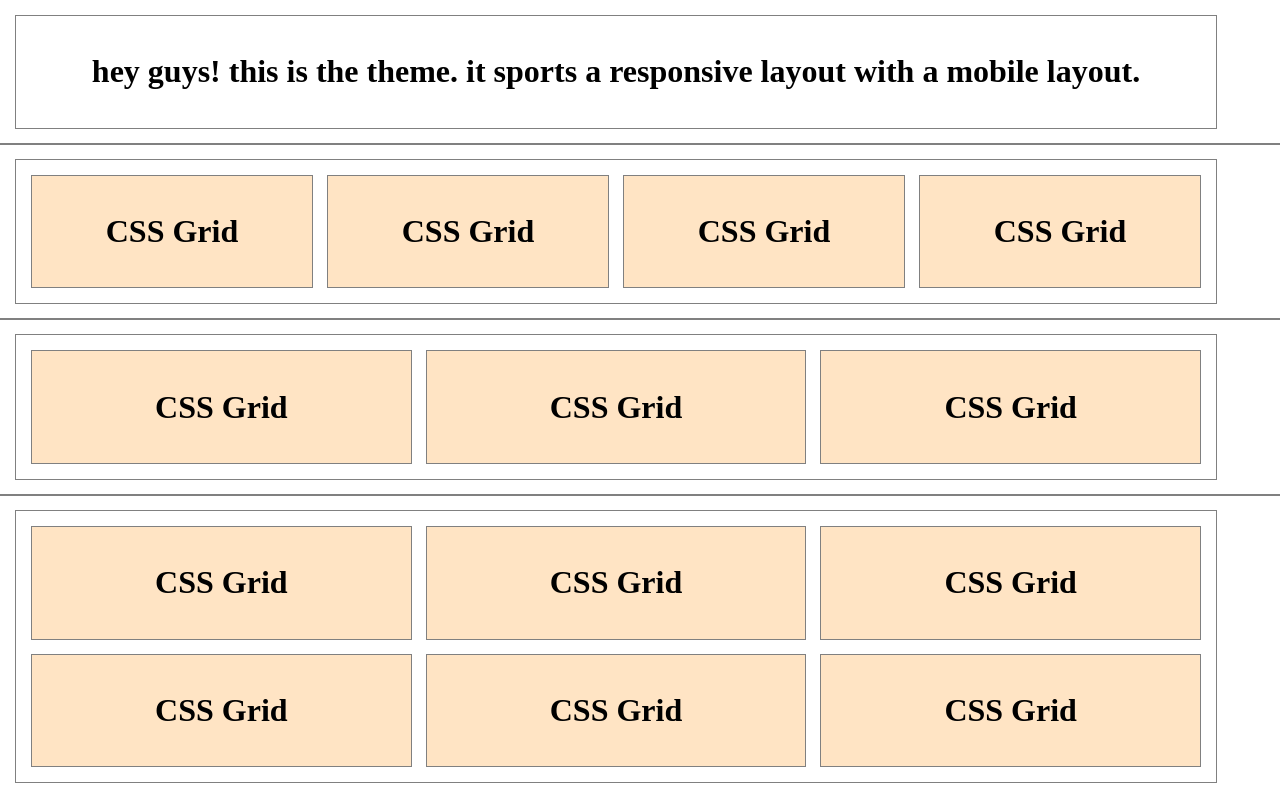
Repository: jjennbui/MDIA2003G-Assignment03B
Page: index.html
The author's editor kept a copy of each file at every save. The page is drawn from the files as they stood at one save, then again after a run of saves.
The browser window is 1280 px wide. The pictures show the whole page.

Above is the page before, as saved 2023-01-24 20:16:51.

### index.html
<!doctype html>
<html class="no-js" lang="">

<head>
  <meta charset="utf-8">
  <title></title>
  <meta name="description" content="">
  <meta name="viewport" content="width=device-width, initial-scale=1">

  <meta property="og:title" content="">
  <meta property="og:type" content="">
  <meta property="og:url" content="">
  <meta property="og:image" content="">

  <link rel="manifest" href="site.webmanifest">
  <link rel="apple-touch-icon" href="icon.png">
  <!-- Place favicon.ico in the root directory -->

  <link rel="stylesheet" href="css/normalize.css">
  <link rel="stylesheet" href="css/main.css">

  <meta name="theme-color" content="#fafafa">
</head>

<body>

  <div class="SECTION-ONE">
    <div class="row">
     <h1>hey guys! this is the theme. it sports a responsive layout with a mobile layout.</h1>
    </div>
  </div>

  <div class="SECTION-TWO">
    <div class="row m-row-2">
      <div class="col">
        <h1>CSS Grid</h1>
      </div>
      <div class="col">
        <h1>CSS Grid</h1>
      </div>
      <div class="col">
        <h1>CSS Grid</h1>
      </div>
      <div class="col">
        <h1>CSS Grid</h1>
      </div>
    </div>
  </div>

<div class="SECTION-THREE">
  <div class="row m-row-3">
    <div class="col m-row-span">
      <h1>CSS Grid</h1>
    </div>
    <div class="col">
      <h1>CSS Grid</h1>
    </div>
    <div class="col">
      <h1>CSS Grid</h1>
    </div>
    <div class="column">
      <h1>CSS Grid</h1>
    </div>
  </div>
</div>

<div class="SECTION-FOUR">
  <div class="row m-row-4">
    <div class="col m-row-span">
      <h1>CSS Grid</h1>
    </div>
    <div class="col">
      <h1>CSS Grid</h1>
    </div>
    <div class="col">
      <h1>CSS Grid</h1>
    </div>
    <div class="col">
      <h1>CSS Grid</h1>
    </div>
    <div class="col">
      <h1>CSS Grid</h1>
    </div>
    <div class="col">
      <h1>CSS Grid</h1>
    </div>
  </div>
</div>

</body>

</html>

### css/main.css



body{
  justify-content: center;
}










*,
*:before,
*:after {
  box-sizing: border-box;
}

img{
  width: 100%;
}




div,
main,
section,
footer,
main,
header {
  outline: 1px solid grey;
  min-height: 1rem;
  padding: 1rem;


}

.row{
  display: grid;
  row-gap: 1rem;

}

.col{
  position: relative;
  background-color: bisque;
}

.column{
  background-color: bisque;
}

.row{
  max-width: 75rem;
  column-gap: 1rem;
  row-gap: 1rem;
  text-align: center;
}

/* Small only */
@media screen and (max-width: 39.9375em) {}

/* Medium and up */
@media screen and (min-width: 40em) {

  .m-row-2{
    grid-template-columns: 1fr 1fr;
  }

  .m-row-3{
    grid-template-columns: repeat(2, 1fr);
  }

  .m-row-4{
    grid-template-columns: repeat(2, 1fr);
  }

}


/* Medium only */
@media screen and (min-width: 40em) and (max-width: 63.9375em) {}

/* Large and up */
@media screen and (min-width: 64em) {
  .m-row-2{
    grid-template-columns: repeat(4, 1fr);
  }

  .m-row-3{
    grid-template-columns: 1fr 1fr 1fr;
  }

  .m-row-4{
    grid-template-columns: repeat(3, 1fr);
  }

  .column{
    display: none;



}

/* Large only */
@media screen and (min-width: 64em) and (max-width: 74.9375em) {

}

Loaded but not shown: css/normalize.css (library)

After the next 2 saves:
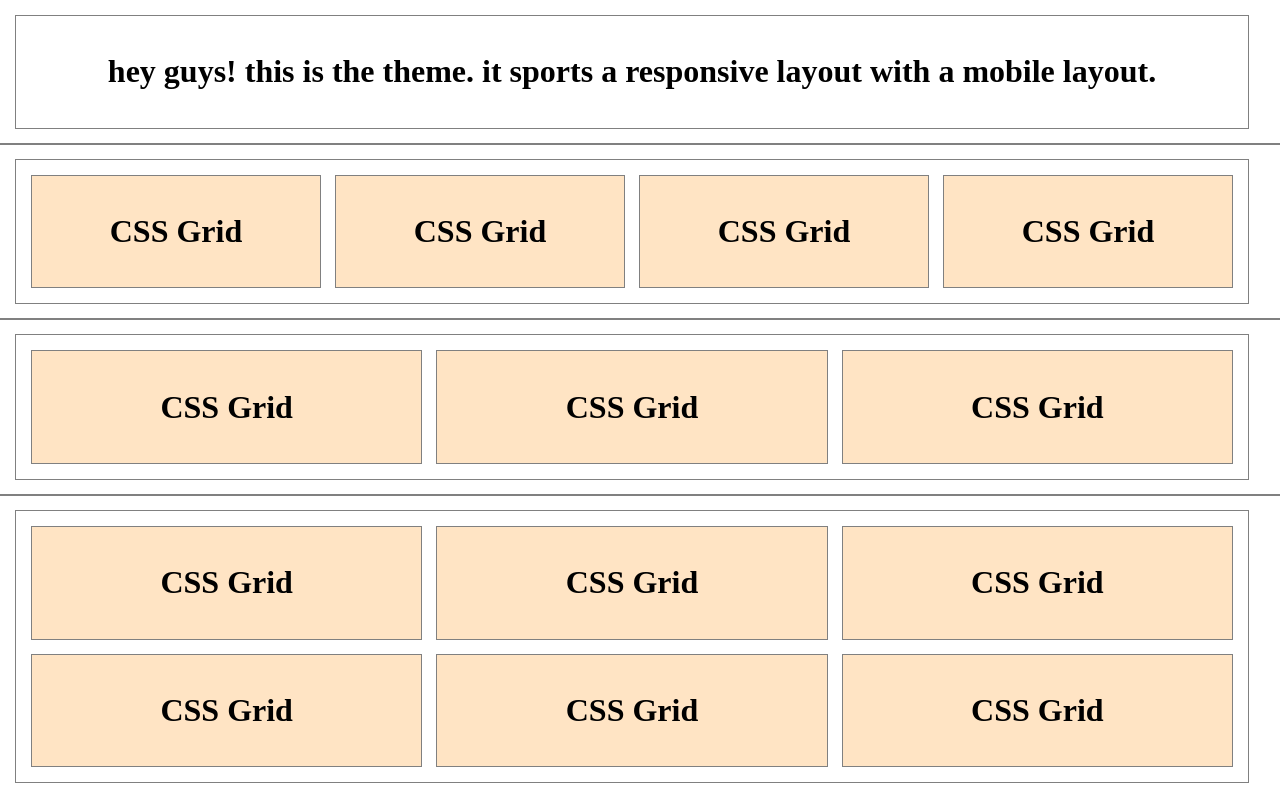
The 2 saves are shown as one change because they came seconds apart.
The last was saved 4 min 14 s later.
--- a/css/main.css
+++ b/css/main.css
@@ -1,9 +1,7 @@
 
 
 
-body{
-  justify-content: center;
-}
+.section
 
 
 

After the 2 saves that followed:
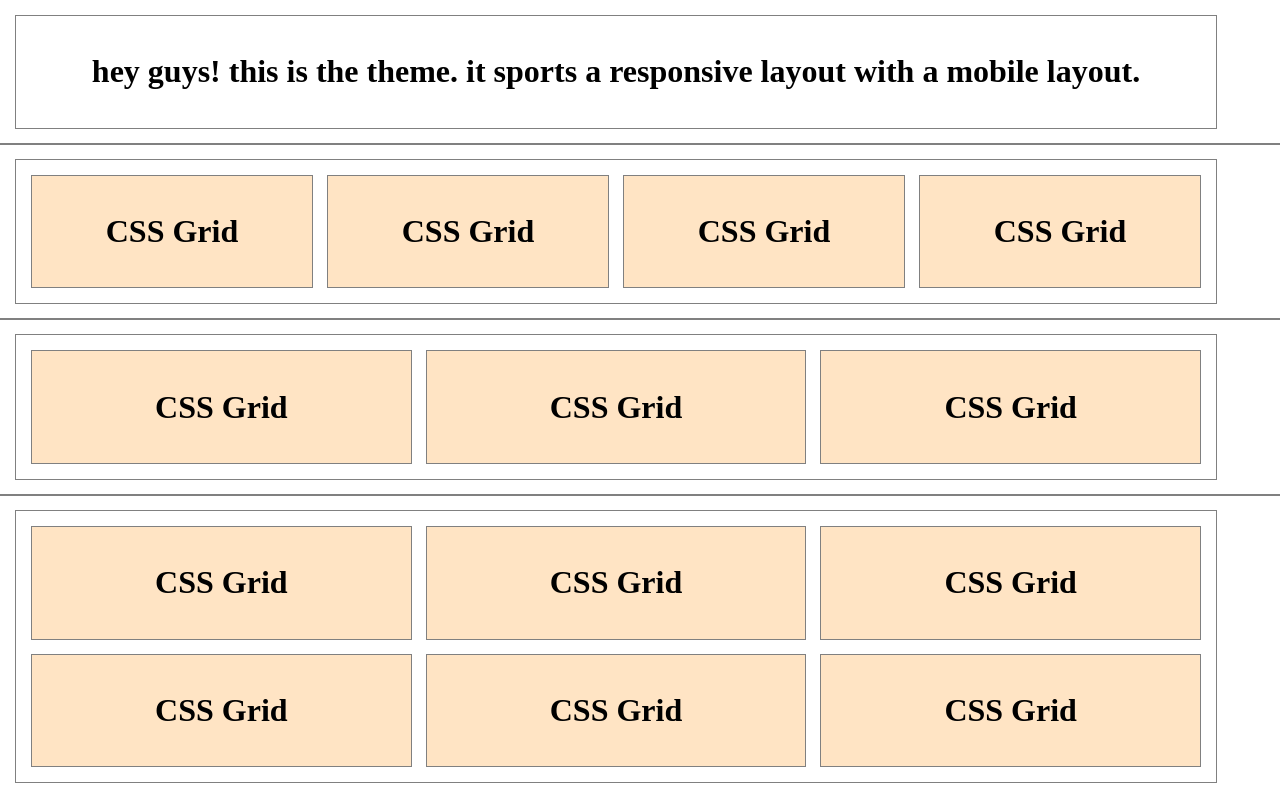
The 2 saves are shown as one change because they came seconds apart.
The last was saved 11 s later.
--- a/css/main.css
+++ b/css/main.css
@@ -1,7 +1,9 @@
 
 
 
-.section
+.SECTION-ONE{
+  justify-content: center;
+}
 
 
 
